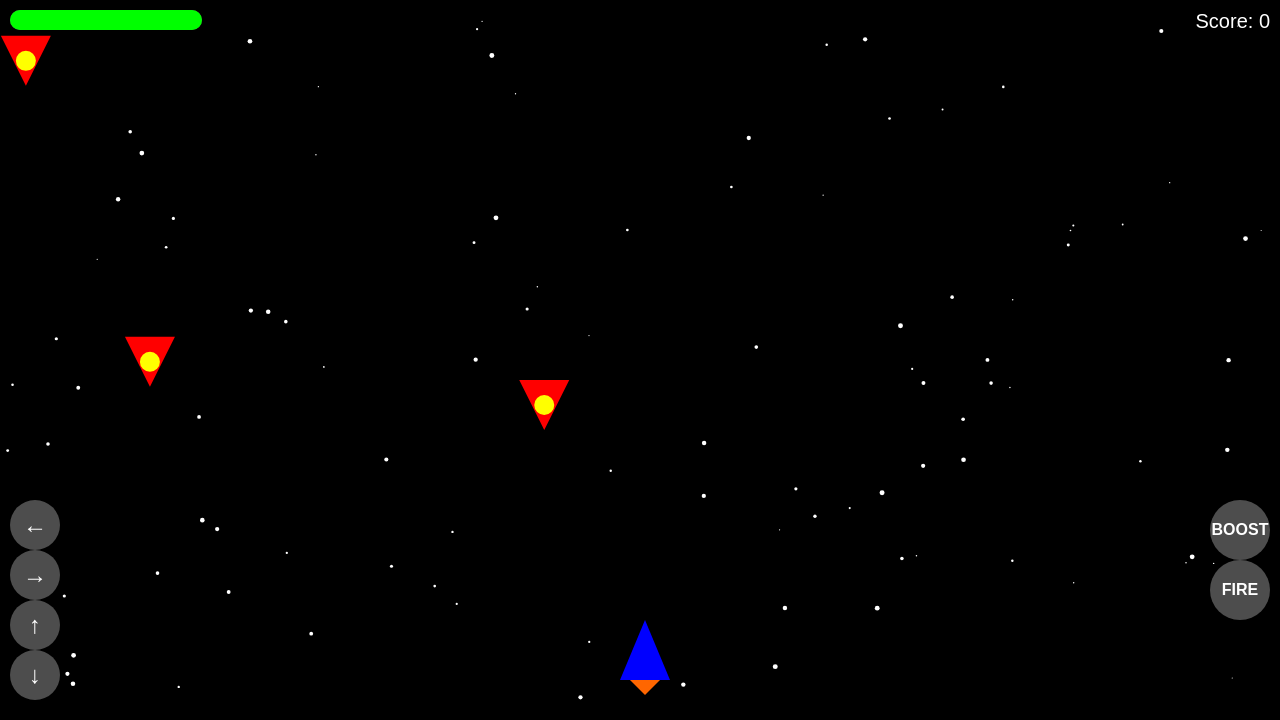
Repository: BiranOrundas/space-shooter
Page: space-shooter.html
The author's editor kept a copy of each file at every save. The page is drawn from the files as they stood at one save, then again after the next save.
The browser window is 1280 px wide. The pictures show the whole page.

Above is the page before, as saved 2025-03-13 15:33:20.

After the next save:
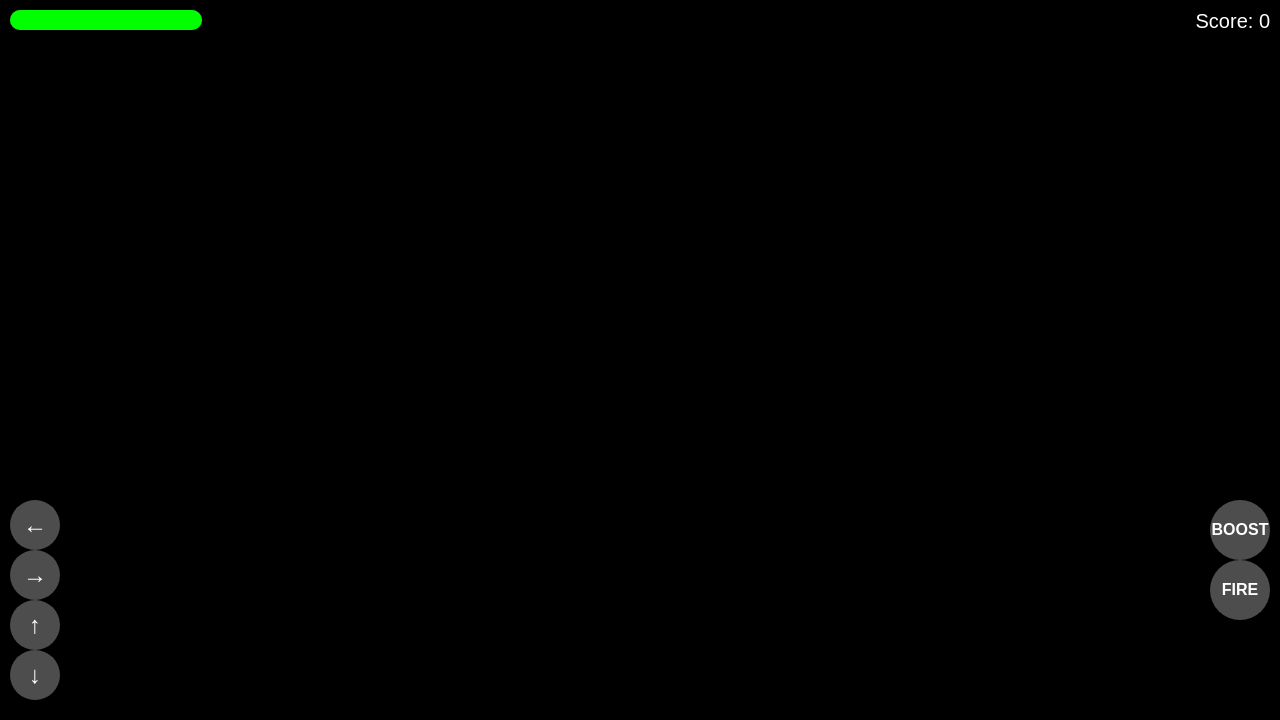
Console error: SyntaxError: Invalid left-hand side in assignment
Saved 31 s later.
--- a/space-shooter.html
+++ b/space-shooter.html
@@ -358,7 +358,7 @@
 
   if (leftPressed && player.x > 0) {
     player.x -= player.isBoosting ? player.boostedSpeed : player.speed;
-    Left.style.backgroundColor = "#ffffff" ;
+    Left.style.background-color = "#ffffff" ;
   }
   if (rightPressed && player.x < canvas.width - player.width) {
     player.x += player.isBoosting ? player.boostedSpeed : player.speed;

After the 2 saves that followed:
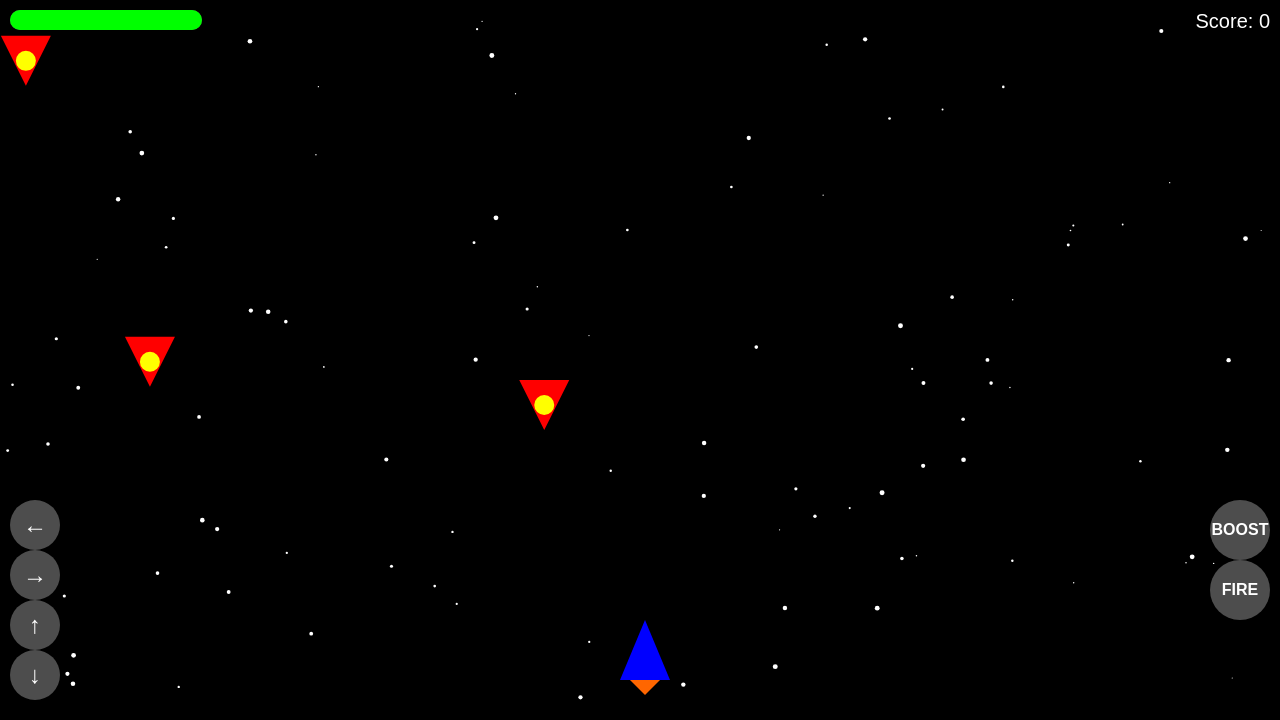
The error is gone.
The 2 saves are shown as one change because 1 left the picture as it was.
The last was saved 73 s later.
--- a/space-shooter.html
+++ b/space-shooter.html
@@ -353,12 +353,12 @@
 // Update game elements
 function updateGameElements() {
 
-   const Left = document.getElementsByName("leftButton")
+   const Left = document.getElementsByName("leftButton");
   // Update player position
 
   if (leftPressed && player.x > 0) {
     player.x -= player.isBoosting ? player.boostedSpeed : player.speed;
-    Left.style.background-color = "#ffffff" ;
+    Left.style.backgroundColor = "#ffffff" ;
   }
   if (rightPressed && player.x < canvas.width - player.width) {
     player.x += player.isBoosting ? player.boostedSpeed : player.speed;
